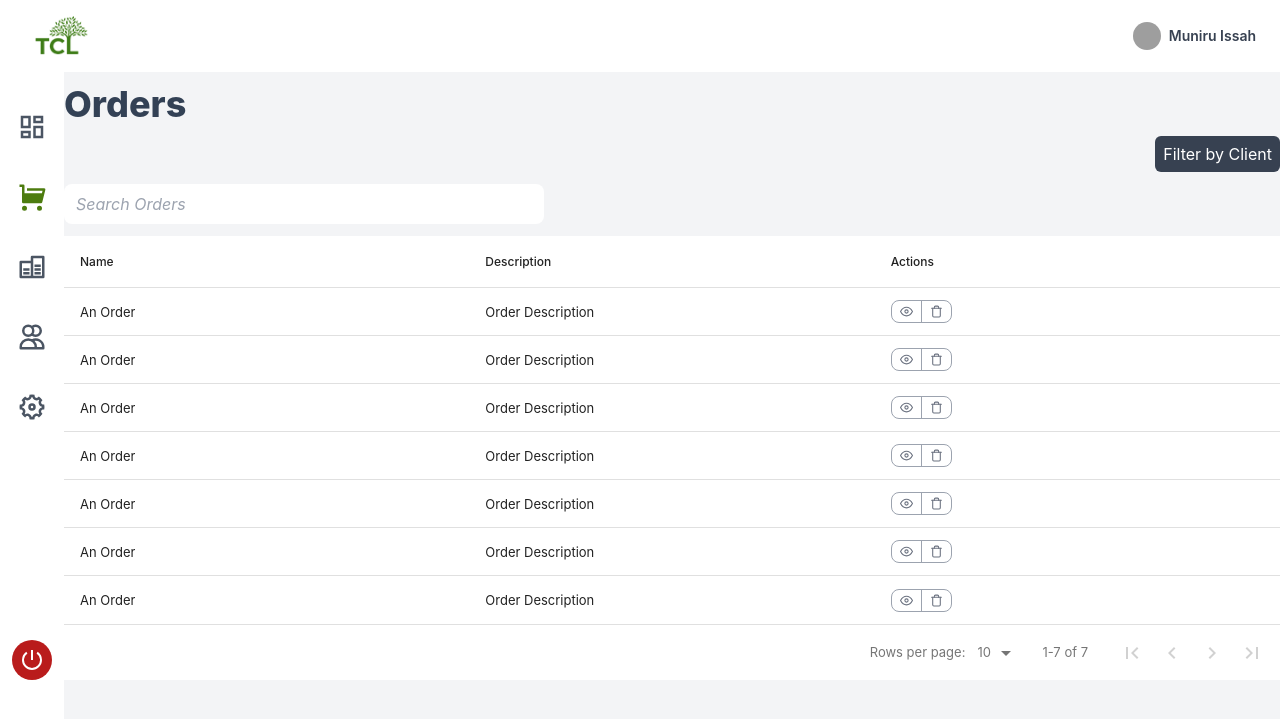
Repository: issah-gaisie/timber
Page: /dashboard/orders
These files come from the project's save history. The page is drawn as it stood at one moment and after a run of saves; the edit follows.
The browser window is 1280 px wide. The pictures show the whole page.
Pictures or frames that could not be fetched are drawn as grey boxes. The project was rebuilt for these pictures with package versions that can differ from the ones it lists, and the page was loaded fresh each time. Also part of the build but not shown: src/App.css, src/components/Input.js, src/components/Login.js, src/components/Auth.js, src/components/ResetPassword/PasswordReset.js, src/components/ResetPassword/PasswordResetSent.js, src/components/Dashboard/sub-components/ProfilePopup.js, src/components/PrivateRoute.js and 47 more.

Above is the page before, as saved 2022-04-02 12:00:53.

### src/App.js
import logo from "./logo.svg";
import "./App.css";
import { Navigate, Route, Routes, Outlet } from "react-router-dom";
import Login from "./components/Login";

import Auth from "./components/Auth";
import { Toaster } from "react-hot-toast";

import PasswordReset from "./components/ResetPassword/PasswordReset";
import PasswordResetSent from "./components/ResetPassword/PasswordResetSent";
import Dashboard from "./components/Dashboard/Dashboard";
// Auth Wrapper
import PrivateRoute from "./components/PrivateRoute";
import Users from "./components/Dashboard/Users/Users";
import DashboardMain from "./components/Dashboard/DashboardMain";

// All Dashboard Profile Routes
import Profile from "./components/Dashboard/Profile/Profile";
import PersonalDetails from "./components/Dashboard/Profile/PersonalDetails";
import ChangePassword from "./components/Dashboard/Profile/ChangePassword";
import AllUsers from "./components/Dashboard/Users/AllUsers";
import ActiveUsers from "./components/Dashboard/Users/ActiveUsers";
import DeactivatedUsers from "./components/Dashboard/Users/DeactivatedUsers";
import AddANewUser from "./components/Dashboard/Users/AddANewUser";
import UserDetails from "./components/Dashboard/Users/UserDetails";
import EditUser from "./components/Dashboard/Users/EditUser";
import ExportUsers from "./components/Dashboard/Users/ExportUsers";
// All Dashboard Stock Management Routes
import StockManagement from "./components/Dashboard/StockManagement/StockManagement";
import AddConcession from "./components/Dashboard/StockManagement/Concession/AddConcession";
import AddCompartment from "./components/Dashboard/StockManagement/Compartment/AddCompartment";
import Trees from "./components/Dashboard/StockManagement/Tree/Trees";
import AddTree from "./components/Dashboard/StockManagement/Tree/AddTree";
import EditTree from "./components/Dashboard/StockManagement/Tree/EditTree";
import Species from "./components/Dashboard/StockManagement/Specie/Species";
import AddSpecies from "./components/Dashboard/StockManagement/Specie/AddSpecies";
import EditSpecies from "./components/Dashboard/StockManagement/Specie/EditSpecies";
import Concessions from "./components/Dashboard/StockManagement/Concession/Concessions";
import EditConcession from "./components/Dashboard/StockManagement/Concession/EditConcession";
import EditCompartment from "./components/Dashboard/StockManagement/Compartment/EditCompartment";
import Compartments from "./components/Dashboard/StockManagement/Compartment/Compartments";
import Products from "./components/Dashboard/StockManagement/Product/Products";
import AddProduct from "./components/Dashboard/StockManagement/Product/AddProduct";
import EditProduct from "./components/Dashboard/StockManagement/Product/EditProduct";
import Teams from "./components/Dashboard/StockManagement/Team/Teams";
import AddTeam from "./components/Dashboard/StockManagement/Team/AddTeam";
import EditTeam from "./components/Dashboard/StockManagement/Team/EditTeam";
import ClientUsers from "./components/Dashboard/Users/ClientUsers";
import InternalUsers from "./components/Dashboard/Users/InternalUsers";
import ProductTypes from "./components/Dashboard/StockManagement/ProductType/ProductTypes";
import AddProductType from "./components/Dashboard/StockManagement/ProductType/AddProductType";
import EditProductType from "./components/Dashboard/StockManagement/ProductType/EditProductType";
import Orders from "./components/Dashboard/Orders/Orders";
import AllOrders from "./components/Dashboard/Orders/AllOrders";

// All Dashboard Users Routes
function App() {
  return (
    <>
      <Routes>
        {/* Auth Routes */}
        <Route path="/" element={<Auth />}>
          <Route path="" element={<Navigate replace to="login" />} />
          <Route path="login" element={<Login />} />
          <Route path="password-reset" element={<PasswordReset />} />
          <Route path="password-reset-sent" element={<PasswordResetSent />} />
        </Route>
        {/* Dashboard Routes */}
        <Route
          path="dashboard"
          element={
            <PrivateRoute>
              <Dashboard />
            </PrivateRoute>
          }
        >
          <Route index element={<Navigate to="main" replace />} />
          {/* Main Dashboard Page */}
          <Route path="main" element={<DashboardMain />} />
          {/* Admin Dashboard Users */}
          <Route path="users" element={<Users />}>
            <Route index element={<Navigate to="all" replace />} />
            <Route path="all" element={<AllUsers />} />
            <Route path="active" element={<ActiveUsers />} />
            <Route path="deactivated" element={<DeactivatedUsers />} />
            <Route path="client" element={<ClientUsers />} />
            <Route path="internal" element={<InternalUsers />} />

            <Route path=":id" element={<UserDetails />} />
            <Route path=":id/edit" element={<EditUser />} />
            <Route path="add" element={<AddANewUser />} />
            <Route path="export" element={<ExportUsers />} />
          </Route>
          {/* Dashboard Profile Section */}
          <Route path="profile" element={<Profile />}>
            <Route index element={<Navigate to="personal-details" replace />} />
            <Route path="personal-details" element={<PersonalDetails />} />
            <Route path="change-password" element={<ChangePassword />} />
          </Route>
          {/* Dashboard Order Section */}
          <Route path="orders" element={<Orders />}>
            <Route index element={<Navigate to="all" replace />} />
            <Route path="all" element={<AllOrders />} />
            <Route path="change-password" element={<ChangePassword />} />
          </Route>
          {/* Dashboard Stock Management Section */}
          <Route path="stock-management" element={<StockManagement />}>
            <Route index element={<Navigate to="concession" replace />} />
            {/* Concession */}
            <Route path="concession" element={<OutLetShell />}>
              <Route index element={<Concessions />} />
              <Route path="add" element={<AddConcession />} />
              <Route path=":id" element={<EditConcession />} />
            </Route>
            {/* Compartment */}
            <Route path="compartment" element={<OutLetShell />}>
              <Route index element={<Compartments />} />
              <Route path="add" element={<AddCompartment />} />
              <Route path=":id" element={<EditCompartment />} />
            </Route>
            {/* Trees */}
            <Route path="trees" element={<OutLetShell />}>
              <Route index element={<Trees />} />
              <Route path="add" element={<AddTree />} />
              <Route path=":id" element={<EditTree />} />
            </Route>
            {/* Species */}
            <Route path="species" element={<OutLetShell />}>
              <Route index element={<Species />} />
              <Route path="add" element={<AddSpecies />} />
              <Route path=":id" element={<EditSpecies />} />
            </Route>
            {/* Products */}
            <Route path="products" element={<OutLetShell />}>
              <Route index element={<Products />} />
              <Route path="add" element={<AddProduct />} />
              <Route path=":id" element={<EditProduct />} />
            </Route>
            {/* Product Types */}
            <Route path="product-types" element={<OutLetShell />}>
              <Route index element={<ProductTypes />} />
              <Route path="add" element={<AddProductType />} />
              <Route path=":id" element={<EditProductType />} />
            </Route>
            {/* Teams */}
            <Route path="teams" element={<OutLetShell />}>
              <Route index element={<Teams />} />
              <Route path="add" element={<AddTeam />} />
              <Route path=":id" element={<EditTeam />} />
            </Route>
          </Route>
        </Route>
      </Routes>
      <Toaster />
    </>
  );
}

export default App;

const OutLetShell = () => (
  <>
    <Outlet />
  </>
);

// OLD SIGN UP ROUTES
// import Signup from "./components/Signup";
// import PersonalDetails from "./components/Signup/PersonalDetails";
// import AddressInfo from "./components/Signup/AddressInfo";
// import ImageFiles from "./components/Signup/ImageFiles";
// import PasswordSent from "./components/Signup/PasswordSent";

// <Route path="signup" element={<Signup />}>
// <Route
//   path=""
//   element={<Navigate replace to="personal-details" />}
// />
// <Route path="personal-details" element={<PersonalDetails />} />
// <Route path="address" element={<AddressInfo />} />
// <Route path="image" element={<ImageFiles />} />
// </Route>
/* <Route path="password-sent" element={<PasswordSent />} /> */

### src/components/Dashboard/Dashboard.js
//Dashboard Component

import React, { useMemo, useState } from "react";
import logo from "../../assets/TCL2.png";
import profile from "../../assets/man_cutting_timber.jpg";

import { FaAngleDown, FaAngleUp } from "react-icons/fa";
import { Outlet, useLocation } from "react-router-dom";
import Sidebar from "./sub-components/Sidebar";
import ProfilePopup from "./sub-components/ProfilePopup";
import FloatingBottomNavBar from "./sub-components/FloatingBottomNavBar";

//Main Dashboard Component
const Dashboard = () => {
  const location = useLocation();
  console.log({ location });
  const [showPopup, setShowPopup] = useState(false);
  const togglePopup = () => setShowPopup((previousState) => !previousState);

  const arrow = useMemo(
    () => (showPopup ? <FaAngleUp /> : <FaAngleDown />),
    [showPopup]
  );

  return (
    <div className="flex flex-col h-screen w-screen bg-gray-100">
      {/* Dashboard Header */}
      <header className="flex justify-between items-center h-[10vh] shadow-sm bg-white px-2 md:px-6 relative">
        <img src={logo} alt="tcl" className="h-10 w-auto object-contain" />
        <div className="flex justify-center items-center space-x-2 pointer">
          <div
            className="h-7 w-7 rounded rounded-full bg-green-700 bg-cover bg-no-repeat bg-center"
            style={{ backgroundImage: `url(${profile})` }}
          ></div>
          <span className="hidden md:block text-gray-700 text-sm font-semibold ml-3">
            Muniru Issah
          </span>
        </div>
      </header>
      {/* Dashboard Main */}
      <main className="flex w-full h-[90vh] relative">
        <Sidebar />
        <section className="w-full  h-[83vh] md:h-[88vh] scroll-smooth overflow-y-auto bg-gray-100">
          <Outlet />
        </section>
        <FloatingBottomNavBar />
      </main>
    </div>
  );
};

export default Dashboard;

### src/components/Dashboard/Orders/Orders.js
import React from "react";
import { Outlet } from "react-router-dom";
import { profileRoutes } from "../../../utils";
import DashboardTabLink from "../sub-components/DashboardTabLink";
const Orders = () => {
  return (
    <div className="w-full h-full  flex flex-col items-start">
      <h1 className="text-4xl font-extrabold my-3 text-slate-700">Orders</h1>
      {/* <nav className="w-full text-left py-5 border-b border-gray-300 mb-2 flex flex-wrap">
        {profileRoutes.map((route) => (
          <DashboardTabLink {...route} />
        ))}
      </nav> */}
      <Outlet />
    </div>
  );
};

export default Orders;

### src/components/Dashboard/Orders/AllOrders.js
import React from "react";
import DataTable from "react-data-table-component";
import { useNavigate } from "react-router-dom";
import Search from "../StockManagement/sub-components/Search";
import TableActions from "../StockManagement/sub-components/TableActions";
import Select from "react-select";
import { useState } from "react";
const AllOrders = () => {
  const navigate = useNavigate();
  const [shouldFilter, setShouldFilter] = useState(false);
  const [filter, setFilter] = useState("");

  const toggleShouldFilter = () => setShouldFilter((prevState) => !prevState);
  const compartmentColumns = [
    {
      name: "Name",
      selector: (row) => row.orderName,
    },
    {
      name: "Description",
      selector: (row) => row.description,
    },
    // {
    //   name: "Active",
    //   selector: (row) =>
    //     row.isActive ? (
    //       <ActivePill>Active</ActivePill>
    //     ) : (
    //       <InactivePill>Inactive</InactivePill>
    //     ),
    // },
    {
      name: "Actions",
      selector: (row) => (
        <div>
          <TableActions
            viewAction={() => navigate(`${row.id}`)}
            deleteAction={() =>
              window.confirm(`Are you sure you want to delete this compartment`)
            }
          />
        </div>
      ),
    },
  ];
  return (
    <div className="w-full">
      {/* <AddnExport /> */}
      <FilterByClient
        filter={filter}
        changeHandler={setFilter}
        shouldFilter={shouldFilter}
        toggleFilters={toggleShouldFilter}
      />
      <Search placeholder="Search Orders" />
      <DataTable
        className="w-full rounded rounded-lg"
        columns={compartmentColumns}
        data={data}
        pagination
      />
    </div>
  );
};

export default AllOrders;

const FilterByClient = ({
  filter,
  changeHandler,
  toggleFilters,
  shouldFilter,
}) => {
  const cancelFiltersHandler = async () => {
    await changeHandler("");
    toggleFilters();
  };
  return (
    <div className="flex flex items-stretch space-x-3 justify-end">
      {shouldFilter && (
        <Select
          placeholder="Select A Client"
          onChange={(item) => changeHandler(item.value)}
          options={testClients}
          className="w-full md:w-[20rem]"
          name="client"
        />
      )}
      {shouldFilter ? (
        <button
          className="rounded rounded-md bg-red-700 hover:bg-red-800 hover:shadow-md  text-white py-1 px-2"
          onClick={cancelFiltersHandler}
        >
          Cancel
        </button>
      ) : (
        <button
          className="rounded rounded-md bg-gray-700 hover:bg-gray-800 hover:shadow-md text-white py-1.5 px-2"
          onClick={toggleFilters}
        >
          Filter by Client
        </button>
      )}
    </div>
  );
};

const testClients = [
  { label: "Ernest", value: "Ernest" },
  { label: "Earnest", value: "Earnest" },
  { label: "Ear-nest", value: "Ear-nest" },
];

const data = [
  {
    id: 1,
    orderName: "An Order",
    description: "Order Description",
    isActive: true,
  },
  {
    id: 2,
    orderName: "An Order",
    description: "Order Description",
    isActive: true,
  },
  {
    id: 3,
    orderName: "An Order",
    description: "Order Description",
    isActive: false,
  },
  {
    id: 4,
    orderName: "An Order",
    description: "Order Description",
    isActive: true,
  },
  {
    id: 5,
    orderName: "An Order",
    description: "Order Description",
    isActive: false,
  },
  {
    id: 6,
    orderName: "An Order",
    description: "Order Description",
    isActive: true,
  },
  {
    id: 7,
    orderName: "An Order",
    description: "Order Description",
    isActive: false,
  },
];

### src/components/Dashboard/sub-components/Sidebar.js
import React from "react";
import { RiShutDownLine } from "react-icons/ri";
import { NavLink } from "react-router-dom";
import { dashboardNavigation } from "../../../utils";
const Sidebar = () => {
  return (
    <nav className="h-full bg-white shadow-xs min-w-[4rem] basis-[5%] flex-col items-center justify-between  hidden md:flex">
      <div className="flex flex-col justify-center space-y-10 pt-10">
        {dashboardNavigation.map((navItem, index) => (
          <NavLink key={index} to={navItem.path} className="group">
            {({ isActive }) => (
              <>
                <navItem.Icon
                  className={
                    isActive
                      ? "hidden"
                      : "text-3xl text-gray-600 group-hover:hidden"
                  }
                />

                <navItem.IconFilled
                  className={
                    isActive
                      ? "text-3xl text-lime-700"
                      : "hidden text-3xl text-lime-700 group-hover:block"
                  }
                />
              </>
            )}
          </NavLink>
        ))}
      </div>

      <div className=" flex justify-center items-center bg-red-700 hover:bg-red-900 p-2 rounded rounded-full mb-10">
        <RiShutDownLine className="text-2xl text-white" />
      </div>
    </nav>
  );
};

export default Sidebar;

### src/components/Dashboard/sub-components/FloatingBottomNavBar.js
import React from "react";
import { RiShutDownLine } from "react-icons/ri";
import { NavLink } from "react-router-dom";
import { dashboardNavigation } from "../../../utils";

const FloatingBottomNavBar = () => {
  return (
    <nav className="flex md:hidden w-full items-center justify-around bg-white shadow-sm absolute bottom-0 h-[6vh]  m-auto">
      {dashboardNavigation.map((navItem, index) => (
        <NavLink key={index} to={navItem.path} className="group">
          {({ isActive }) => (
            <>
              <navItem.Icon
                className={
                  isActive
                    ? "hidden"
                    : "text-xl text-gray-600 group-hover:hidden"
                }
              />

              <navItem.IconFilled
                className={
                  isActive
                    ? "text-xl text-lime-700"
                    : "hidden text-xl text-lime-700 group-hover:block"
                }
              />
            </>
          )}
        </NavLink>
      ))}
      <div className="">
        <RiShutDownLine className="text-xl text-red-600" />
      </div>
    </nav>
  );
};

export default FloatingBottomNavBar;

### src/utils/index.js
import {
  RiDashboardFill,
  RiDashboardLine,
  RiSettings5Fill,
  RiSettings5Line,
  RiDatabaseFill,
  RiDatabaseLine,
  RiShoppingCartLine,
  RiShoppingCartFill
} from "react-icons/ri";
import { HiUsers, HiOutlineUsers } from "react-icons/hi";
import manCTimber from "../assets/man_cutting_timber.jpg";
// sidebar utils
export const dashboardNavigation = [
  {
    name: "Dashboard",
    IconFilled: (props) => <RiDashboardFill {...props} />,
    Icon: (props) => <RiDashboardLine {...props} />,
    path: "main",
  },
  {
    name: "Orders",
    IconFilled: (props) => <RiShoppingCartFill {...props} />,
    Icon: (props) => <RiShoppingCartLine {...props} />,
    path: "orders",
  },
  {
    name: "Stock Management",
    IconFilled: (props) => <RiDatabaseFill {...props} />,
    Icon: (props) => <RiDatabaseLine {...props} />,
    path: "stock-management",
  },
  {
    name: "Users",
    IconFilled: (props) => <HiUsers {...props} />,
    Icon: (props) => <HiOutlineUsers {...props} />,
    path: "users",
  },
  {
    name: "Profile",
    IconFilled: (props) => <RiSettings5Fill {...props} />,
    Icon: (props) => <RiSettings5Line {...props} />,
    path: "profile",
  },
];

// ROUTES FOR THE PROFILE SECTION  IN THE DASHBOARD
export const profileRoutes = [
  {
    name: "Personal Details",
    path: "personal-details",
  },
  {
    name: "Change Password",
    path: "change-password",
  },
];

// ROUTES FOR THE USERS SECTION IN THE DASHBOARD
export const userRoutes = [
  {
    name: "All Users",
    path: "all",
  },
  {
    name: "Active Users",
    path: "active",
  },
  {
    name: "Deactivated Users",
    path: "deactivated",
  },
  {
    name: "Client Users",
    path: "client",
  },
  {
    name: "Internal Users",
    path: "internal",
  },
];

// ROUTES FOR STOCK MANAGEMENT IN THE DASHBOARD
export const stockRoutes = [
  {
    name: "Concession",
    path: "concession",
  },
  {
    name: "Compartment",
    path: "compartment",
  },
  {
    name: "Species",
    path: "species",
  },
  {
    name: "Trees",
    path: "trees",
  },
  {
    name: "Teams",
    path: "teams",
  },
  {
    name: "Products",
    path: "products",
  },
  {
    name: "Product Types",
    path: "product-types",
  },
];

// TEST USERS
export const testUsers = [
  {
    id: 1,
    username: "Missah",
    firstName: "Issah",
    lastName: "Muniru",
    email: "issahmuniru@gmail.com",
    phoneNumber: "+23355345679",
    location: "Lakeside",
    address1: "Lakeside Barrier",
    address2: "Lakeside Second",
    role: "Admin",
    profileImage: manCTimber,
    active: false,
  },
  {
    id: 2,
    username: "ErnestGaisie",
    firstName: "Ernest",
    lastName: "Gaisie",
    email: "ernestgaisie@gmail.com",
    phoneNumber: "+23355234566",
    location: "Nungua",
    address1: "Nungua Barrier",
    address2: "Nungua Second",
    role: "Client User",
    profileImage: manCTimber,
    active: false,
  },
  {
    id: 3,
    username: "BotweIsaac",
    firstName: "Botwe",
    lastName: "Isaac",
    email: "botweisaac@gmail.com",
    phoneNumber: "+23355679905",
    location: "Labadi",
    address1: "Labadi Barrier",
    address2: "Labadi Second",
    role: "Internal User",
    profileImage: manCTimber,
    active: true,
  },
];

// DUMMY ROLES FOR USERS
export const userRoles = {
  CLIENT: "Client User",
  INTERNAL: "Internal User",
  ADMIN: "Admin",
};

export const testConcessions = [
  {
    id: 1,
    concessionName: "concession1",
    concessionSize: "10sqm",
    description: "A large concession",
    totalNumberOfTrees: 2000,
    address: "Manet Palms",
    permitNumber: "123456",
    permitExpiryDate: new Date().toISOString(),
    permitDocument: ".docsx",
  },
  {
    id: 2,
    concessionName: "concession2",
    concessionSize: "10sqm",
    description: "A large concession",
    totalNumberOfTrees: 2000,
    address: "Manet Palms",
    permitNumber: "123456",
    permitExpiryDate: new Date().toISOString(),
    permitDocument: ".docsx",
  },
  {
    id: 3,
    concessionName: "concession3",
    concessionSize: "10sqm",
    description: "A large concession",
    totalNumberOfTrees: 2000,
    address: "Manet Palms",
    permitNumber: "123456",
    permitExpiryDate: new Date().toISOString(),
    permitDocument: ".docsx",
  },
  {
    id: 4,
    concessionName: "concession4",
    concessionSize: "10sqm",
    description: "A large concession",
    totalNumberOfTrees: 2000,
    address: "Manet Palms",
    permitNumber: "123456",
    permitExpiryDate: new Date().toISOString(),
    permitDocument: ".docsx",
  },
  {
    id: 5,
    concessionName: "concession5",
    concessionSize: "10sqm",
    description: "A large concession",
    totalNumberOfTrees: 2000,
    address: "Manet Palms",
    permitNumber: "123456",
    permitExpiryDate: new Date().toISOString(),
    permitDocument: ".docsx",
  },
];

### src/components/Dashboard/StockManagement/sub-components/Search.js
import React from "react";

const Search = (props) => {
  return (
    <input
      type="search"
      className="text-gray-400 italic px-3 placeholder:text-gray-400 placeholder:italic h-10 w-full md:w-[30rem] bg-white focus:outline-2 focus:outline-tclPrimary/75 my-3 rounded rounded-lg"
      placeholder={props.placeholder ? props.placeholder : "Search ..."}
    />
  );
};

export default Search;

### src/components/Dashboard/StockManagement/sub-components/TableActions.js
import React from 'react'
import { FiEye, FiTrash } from 'react-icons/fi'
const TableActions = ({viewAction,deleteAction}) => {
  return (
    <div className='border border-gray-400 rounded rounded-lg'>
        <button className='text-gray-500 px-2 py-1 first:border-r first:border-gray-400 hover:bg-gray-700 hover:text-white' onClick={viewAction}><FiEye/></button>
        <button className='text-gray-500 px-2 py-1 hover:bg-red-700 hover:text-white' onClick={deleteAction}><FiTrash/></button>
    </div>
  )
}

export default TableActions

### tailwind.config.js
module.exports = {
  content: ["./src/**/*.{js,jsx,ts,tsx}"],
  theme: {
    extend: {
      colors: {
        tclPrimary: "#3e7c17",
      },
    },
  },
  plugins: [],
};

Loaded but not shown: public/index.html (common file); src/index.js (common file); src/index.css (common file); src/reportWebVitals.js (common file)

After the next 2 saves:
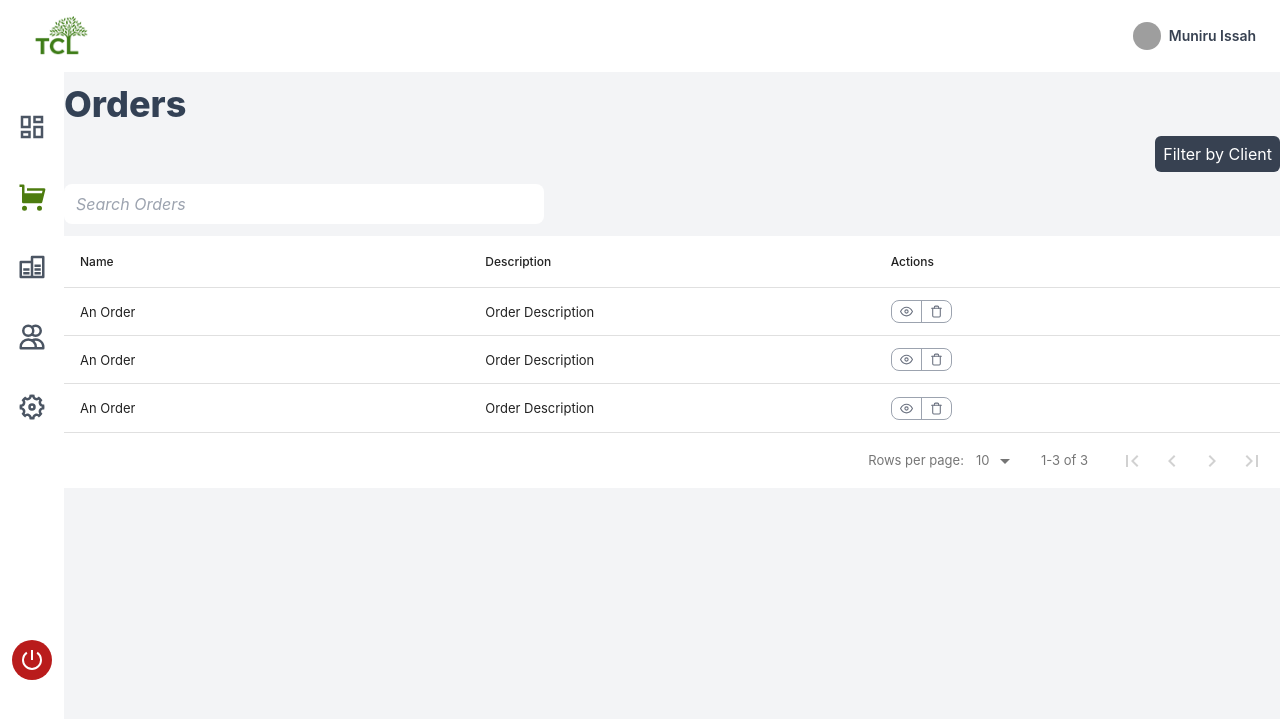
The 2 saves are shown as one change because they came seconds apart.
The last was saved 18 s later.
--- a/src/components/Dashboard/Orders/AllOrders.js
+++ b/src/components/Dashboard/Orders/AllOrders.js
@@ -130,28 +130,4 @@ const data = [
     description: "Order Description",
     isActive: false,
   },
-  {
-    id: 4,
-    orderName: "An Order",
-    description: "Order Description",
-    isActive: true,
-  },
-  {
-    id: 5,
-    orderName: "An Order",
-    description: "Order Description",
-    isActive: false,
-  },
-  {
-    id: 6,
-    orderName: "An Order",
-    description: "Order Description",
-    isActive: true,
-  },
-  {
-    id: 7,
-    orderName: "An Order",
-    description: "Order Description",
-    isActive: false,
-  },
 ];
